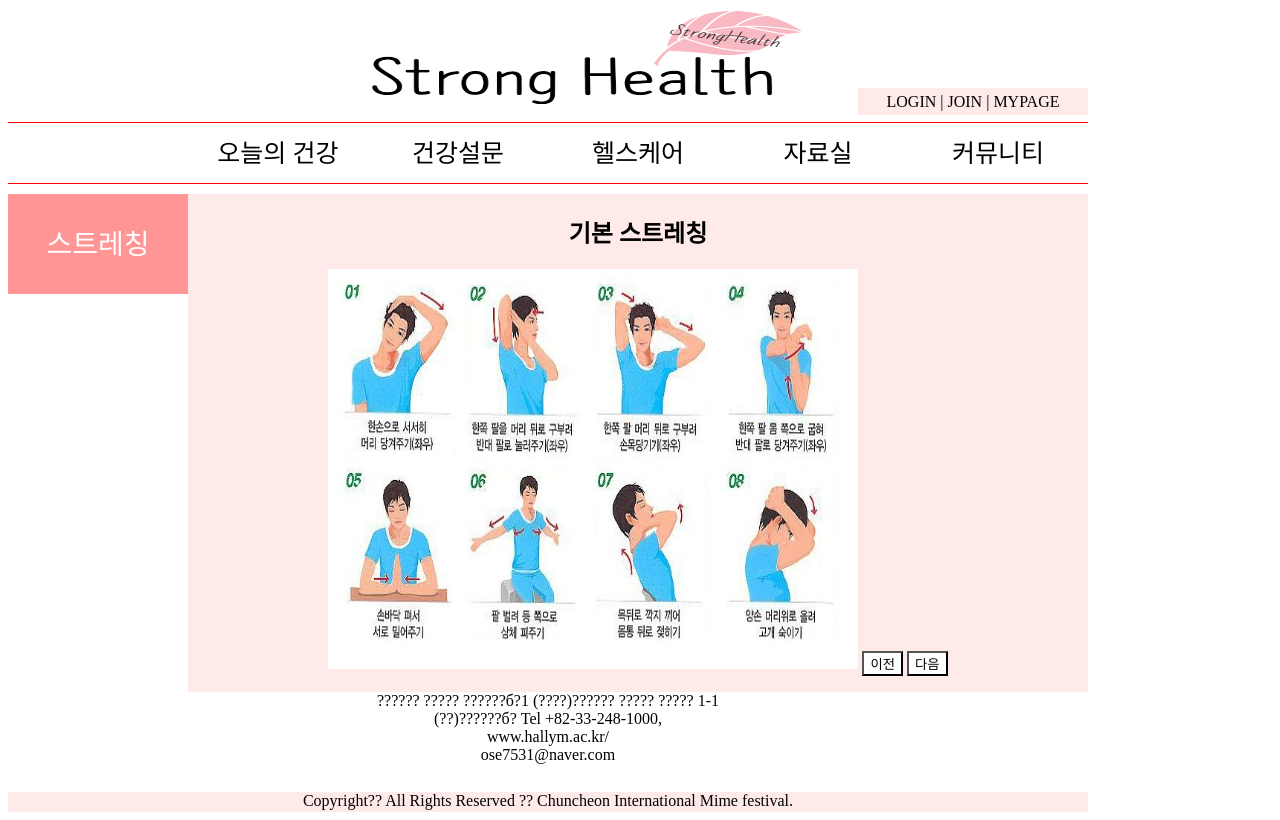
Repository: seeunOh/Webproject2018_StrongHealth
Page: http://localhost/StrongHealth/Healthcare_Stretching.jsp
An editor plug-in stored every save of this project. The page is shown before and after the next save, followed by the edit.
The browser window is 1280 px wide. The pictures show the whole page.
The page is served by Tomcat 9. Other server files are loaded and not shown.

Above is the page before, as saved 2018-12-16 07:47:21.

### StrongHealth/WebContent/Healthcare_Stretching.jsp
<%@ page language="java" contentType="text/html; charset=EUC-KR"
    pageEncoding="EUC-KR"%>
<!DOCTYPE html>
<html>
<head>
<meta charset="EUC-KR">
<title>Insert title here</title>


<style>

body{
width:1080px;
text-align:center;
}

#aside{
height:100px;
width:180px;
font-size:28px;
background: #FF9595;
float:left;
color:white;
}
#stretcontent{
width:900px;
background: #FFEAEA;
float:right;
heigth:;
}
#stretcontent table{
margin:0px 0px 0px 150px;
}
button{
background:white;
}

</style>

<script>

var image=['tmxmfpcld','tmxmfpcldahr','tmxmfpclddjRo','tmxmfpcldwhddkfl','tmxmfpcldwkrlwjs'];
var content=['기본 스트레칭','목 스트레칭','어깨 스트레칭','종아리 스트레칭','자기전 스트레칭']
var b=0;

function back(){
	switch(b){
	case 1:
		document.getElementById("content").innerHTML = content[0];
		document.getElementById("image").src = "img/"+image[0]+".png";
		b--;
		break;
	case 2:
		document.getElementById("content").innerHTML = content[1];
		document.getElementById("image").src = "img/"+image[1]+".png";
		b--;
		break;
	case 3:
		document.getElementById("content").innerHTML = content[2];
		document.getElementById("image").src = "img/"+image[2]+".png";
		b--;
		break;
	case 4:
		document.getElementById("content").innerHTML = content[3];
		document.getElementById("image").src = "img/"+image[3]+".png";
		break;
	case 5:
		document.getElementById("content").innerHTML = content[4];
		document.getElementById("image").src = "img/"+image[4]+".png";
		b--;
		break;
	}

}

function next(){
	switch(b){
	case 0:
		document.getElementById("content").innerHTML = content[1];
		document.getElementById("image").src = "img/"+image[1]+".png";
		b++;
		break;
	case 1:
		document.getElementById("content").innerHTML = content[2];
		document.getElementById("image").src = "img/"+image[2]+".png";
		b++;
		break;
	case 2:
		document.getElementById("content").innerHTML = content[3];
		document.getElementById("image").src = "img/"+image[3]+".png";
		b++;
		break;
	case 3:
		document.getElementById("content").innerHTML = content[4];
		document.getElementById("image").src = "img/"+image[4]+".png";
		break;
	case 4:
		document.getElementById("content").innerHTML = content[5];
		document.getElementById("image").src = "img/"+image[5]+".png";
		b++;
		break;
	}
}

</script>

</head>

<body>
<jsp:include page="Header.jsp"/>

<div id=aside>
<p>스트레칭</p>
</div>


<%
String image[] = {"tmxmfpcld","tmxmfpcldahr","tmxmfpclddjRo","tmxmfpcldwhddkfl","tmxmfpcldwkrlwjs"};
String content[] = {"기본 스트레칭","목 스트레칭","어깨 스트레칭","종아리 스트레칭","자기전 스트레칭"};
%>
<%int cnt=0; %>
<div id=stretcontent>
<%
out.print("<h2 id=content>"+content[cnt]+ "</h2><img src= img/"+image[cnt] + ".png width=530 height=400 id=image />");
%>

<button type=button onClick = "back()">이전</button>
<button type=button onClick = "next()">다음</button>
<p></p>
</div>

<jsp:include page="Footer.html"/>
</body>
</html>

### StrongHealth/WebContent/Header.jsp
<%@ page language="java" contentType="text/html; charset=EUC-KR"
    pageEncoding="EUC-KR"%>
<!DOCTYPE html>
<html>
<head>
<meta charset="EUC-KR">
<title>Insert title here</title>
<style>


body{
width:1080px;
}

#header{
width:1080px;
height:28px;
background:#FFEAEA;
}

#Loheader{
width:230px;
float:right;
heigth:28px;
background: #FFEAEA;
margin:80px 0px 0px 0px;
}

#log{
float:right;
width:230px;
line-height: 1.7em;
}

#log a {
font-size:16px;
color: black;
text-decoration:none;
}

#log a:hover {
text-decoration:underline;
}


#mainlogo{
width:1080px;
background:;
}
#mainlogo img{
margin:0px 0px 0px 300px;
}
#nav{
width:1080px;
height:180px;
}
#logo{
float:left;
width:1080px;
background:#FFEAEA;

}
#search{
width:750px;
height:100px;
float:right;
background:red;
}
#TM{
width:1080px;
height:60px;
border-top:1px solid red; border-bottom:1px solid red;
font-size:25px;
text-align:center;
margin:10px 0px 10px 0px;
line-height: 1.6em;
}

#TM ul {
   list-style: none;
   padding:0px 0;
   margin: 0px;

}
#TM ul li {
   float : left;
   line-height : 2.5em;
   position : relative;
   width:150px;
   padding: 0px 15px 0px 15px;
}

.menuLink {
   text-decoration:none;
   display: block;
   width: 150px;
   color:black;
}
.submenu {
   position: absolute;
   display:none;
   overflow:hidden;
   background-color:black;
	opacity:0.7;
	font-size:15px;
}
.topmenu:hover .submenu{
   display:block;
}

.submenu a {
   text-decoration : none;
   color : white;
}

</style>


</head>
<body>




<div id=mainlogo>
<a href="Container.jsp"><img src="img/logoLast.PNG" width=450 height=100/></a>
<div id=Loheader>
<%
	if(session.getAttribute("id") == null){
		out.println("<div id=log><a href='Container.jsp?selected_page=login'>LOGIN</a><span> | </span><a href='Container.jsp?selected_page=join'>JOIN</a><span> | </span><a href='Container.jsp?selected_page=mypage'>MYPAGE</a></div>"); // MYPAGE는 삭제가 필요함.
	}
	else{
		out.println("<div id=log><a href='Container.jsp?selected_page=management'>" + session.getAttribute("name") + " 님" + "</a><span> | </span><a href='Logout.jsp'>LOGOUT</a><span> | </span><a href='Container.jsp?selected_page=mypage'>MYPAGE</a></div>");
	}
%>
</div>
</div>



<div id = TM>
<ul>
<li>&nbsp</li>
 <li class="topmenu"><a class="menuLink" href="Container.jsp?selected_page=today">오늘의 건강</a>
 	<!-- <ul class="submenu">
     <li class="submenuLink"><a href="#">식습관 생활</a></li>
     <li class="submenuLink"><a href="#">생활 습관</a></li>
     <li class="submenuLink"><a href="#">추천 음악</a></li>
   </ul> -->
 </li>
 <li class="topmenu"><a class="menuLink" href="Container.jsp?selected_page=survey">건강설문</a>
   <!-- <ul class="submenu">
     <li class="submenuLink"><a href="#">알코올 자가진단</a></li>
     <li class="submenuLink"><a href="#">흡연 자가진단</a></li>
     <li class="submenuLink"><a href="#">스마트폰 자가진단</a></li>
   </ul> -->
 </li>
 <li class="topmenu"><a class="menuLink" href="Container.jsp?selected_page=healthcare_food">헬스케어</a>
   <ul class="submenu">
     <li class="submenuLink"><a href="Container.jsp?selected_page=healthcare_food">추천 건강푸드</a></li>
     <li class="submenuLink"><a href="Container.jsp?selected_page=healthcare_stretching">스트레칭</a></li>
     <li class="submenuLink"><a href="Container.jsp?selected_page=music">추천음악</a></li>
   </ul>
</li>
 <li class="topmenu"><a class="menuLink" href="Container.jsp?selected_page=healthcare_news">자료실</a>
 	<ul class="submenu">
     <li class="submenuLink"><a href="Container.jsp?selected_page=healthcare_news">건강신문</a></li>
   </ul>
 </li>
 <li class="topmenu"><a class="menuLink" href="Container.jsp?selected_page=notice">커뮤니티</a>
  <ul class="submenu">
   <li class="submenuLink"><a href="Container.jsp?selected_page=notice">공지사항</a></li>
   <li class="submenuLink"><a href="Container.jsp?selected_page=qna">Q&A</a></li>
  </ul>
</li>
</ul>
</div>




 <!--
<div id=nav>
<div id=logo><a href="Container.jsp"><img src="img/logo.PNG" width=250 height=170/></a>
</div>-->
<!-- <p style='line-height : 0.6em;'>&nbsp</p> -->
<!-- <div id=search></div> -->
<!-- <div id = search><p>연관검색어 | 하루식단   스트레칭   자료실   추천도서   알코올자가진단   맞춤영양식단</p>
<input type="text" size=80> <input type="button" value="검색"></div> -->


</body>
</html>

### StrongHealth/WebContent/Footer.html

<!DOCTYPE html>
<html>
<head>
<meta charset="EUC-KR">
<title>Insert title here</title>
<style>



#footer {
	clear: both;
    background-color: white;
    width: 1080px;
    height: 100px;
    float:left;
    text-align:center;

}
#bottom {
    background-color: #FFEAEA;
    width: 1080px;
    height: 20px;
    clear: both;
    text-align:center;

}
</style>


</head>



<body>


<div id=footer>

<h7>강원도 춘천시 한림대학길1 (지번)강원도 춘천시 옥천동 1-1
<br>(사)한림대학교 Tel +82-33-248-1000,
<br>www.hallym.ac.kr/
<br>ose7531@naver.com</h7>

</div>

<div id="bottom">
<h7>Copyrightⓒ All Rights Reserved · Chuncheon International Mime festival.</h7>
</div>


</div>


</body>
</html>

After the next save:
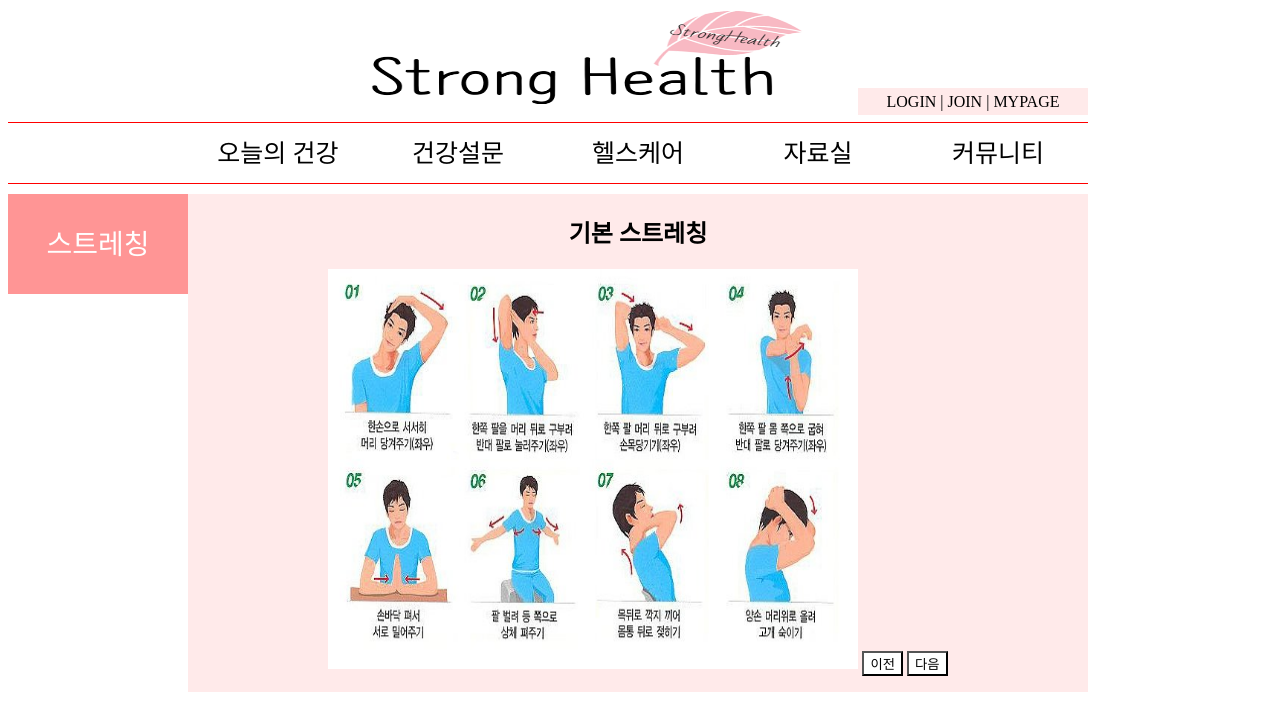
Saved 40 s later.
--- a/StrongHealth/WebContent/Healthcare_Stretching.jsp
+++ b/StrongHealth/WebContent/Healthcare_Stretching.jsp
@@ -128,7 +128,5 @@ out.print("<h2 id=content>"+content[cnt]+ "</h2><img src= img/"+image[cnt] + ".p
 <button type=button onClick = "next()">다음</button>
 <p></p>
 </div>
-
-<jsp:include page="Footer.html"/>
 </body>
 </html>
